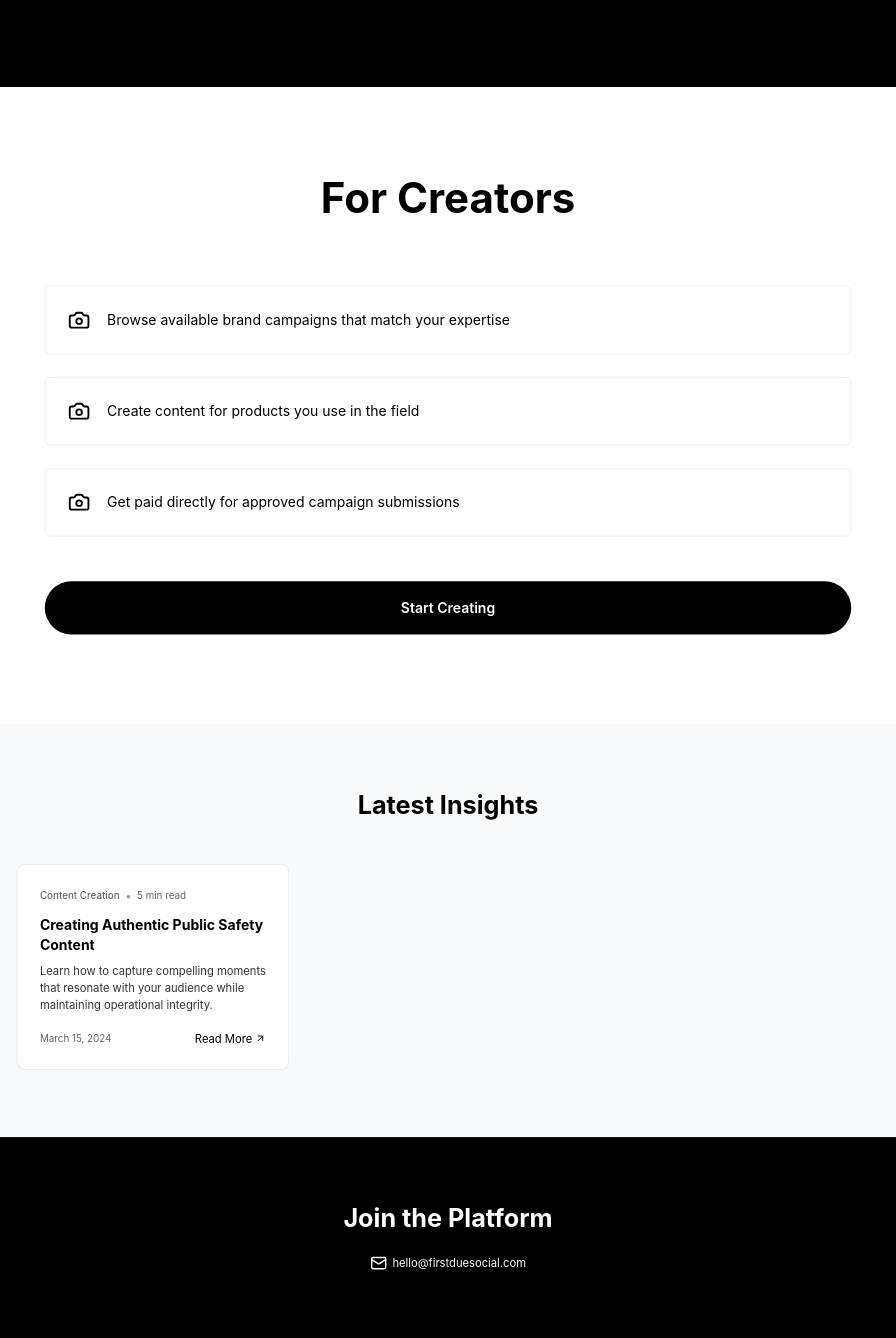
Repository: justmatt20/first-due-social
Page: /
These files come from the project's save history. The page is drawn as it stood at one moment and after the next save; the edit follows.
The browser window is 1280 px wide. The pictures show the part of the page from y = 2349 to 4269 px (the page is 4261 px tall before and 4269 px after), at 70% of full size.
The project was rebuilt for these pictures with package versions that can differ from the ones it lists, and the page was loaded fresh each time. Also part of the build but not shown: src/pages/Blog.jsx.

Above is the page before, as saved 2025-01-20 11:10:02.

### src/index.css
@tailwind base;
@tailwind components;
@tailwind utilities;

/* Add any custom CSS below */
body {
  margin: 0;
  font-family: -apple-system, BlinkMacSystemFont, "Segoe UI", "Roboto", "Oxygen",
    "Ubuntu", "Cantarell", "Fira Sans", "Droid Sans", "Helvetica Neue",
    sans-serif;
  -webkit-font-smoothing: antialiased;
  -moz-osx-font-smoothing: grayscale;
}

### src/App.jsx
import React from "react";
import { BrowserRouter, Routes, Route } from "react-router-dom";
import { Home } from "./pages/Home";
import { Blog } from "./pages/Blog";

export const App = () => {
  return (
    <BrowserRouter>
      <Routes>
        <Route path="/" element={<Home />} />
        <Route path="/blog" element={<Blog />} />
      </Routes>
    </BrowserRouter>
  );
};

export default App;

### src/pages/Home.jsx
import React, { useState, useEffect } from "react";
import { Navigation } from "../components/layout/Navigation";
import { HeroSection } from "../components/home/HeroSection";
import { ServicesSection } from "../components/home/ServicesSection";
import { BrandsSection } from "../components/home/BrandsSection";
import { CreatorsSection } from "../components/home/CreatorsSection";
import { BlogList } from "../components/blog/BlogList";
import { ContactSection } from "../components/common/ContactSection";

export const Home = () => {
  const [scrollPosition, setScrollPosition] = useState(0);

  useEffect(() => {
    const handleScroll = () => {
      setScrollPosition(window.pageYOffset);
    };
    window.addEventListener("scroll", handleScroll, { passive: true });
    return () => {
      window.removeEventListener("scroll", handleScroll);
    };
  }, []);

  return (
    <div className="min-h-screen">
      <Navigation />
      <HeroSection scrollPosition={scrollPosition} />
      <ServicesSection />
      <BrandsSection />
      <CreatorsSection />
      <section id="blog" className="py-24 bg-gray-50">
        <div className="container mx-auto px-6">
          <h2 className="text-4xl font-bold text-center mb-16 text-black">
            Latest Insights
          </h2>
          <BlogList />
        </div>
      </section>
      <ContactSection />
    </div>
  );
};

### src/components/layout/Navigation.jsx
import React, { useState, useEffect } from "react";
import { Link } from "react-router-dom";

export const Navigation = () => {
  const [scrollPosition, setScrollPosition] = useState(0);

  useEffect(() => {
    const handleScroll = () => {
      setScrollPosition(window.pageYOffset);
    };
    window.addEventListener("scroll", handleScroll, { passive: true });
    return () => {
      window.removeEventListener("scroll", handleScroll);
    };
  }, []);

  const scrollToTop = () => {
    window.scrollTo({ top: 0, behavior: "smooth" });
  };

  return (
    <nav
      className="fixed top-0 left-0 right-0 z-50 transition-colors duration-300"
      style={{
        backgroundColor: scrollPosition > 50 ? "#ffffff" : "transparent",
      }}
    >
      <div className="container mx-auto px-6 py-6 flex justify-between items-center">
        <Link
          to="/"
          onClick={scrollToTop}
          className="text-black font-bold text-2xl cursor-pointer hover:opacity-80 transition-opacity"
        >
          FDS
        </Link>
        <div className="flex items-center gap-4">
          <Link to="/blog" className="text-black hover:opacity-80">
            Blog
          </Link>
          <a href="#brands" className="text-black hover:opacity-80">
            For Brands
          </a>
          <a
            href="#creators"
            className="bg-black text-white px-6 py-2 rounded-full hover:opacity-90"
          >
            Start Creating
          </a>
        </div>
      </div>
    </nav>
  );
};

### src/components/home/HeroSection.jsx
import React from "react";

export const HeroSection = ({ scrollPosition }) => {
  return (
    <div className="relative min-h-screen flex items-center bg-white w-full">
      <div
        className="absolute inset-0 z-0"
        style={{
          transform: `translateY(${scrollPosition * 0.5}px)`,
          opacity: 1 - scrollPosition * 0.001,
        }}
      />
      <div className="relative z-10 w-full">
        <div className="max-w-[90%] xl:max-w-[1400px] mx-auto px-4 sm:px-6 lg:px-8 pt-20 pb-32 text-center">
          <h1
            className="text-6xl sm:text-7xl lg:text-[120px] xl:text-[150px] font-black mb-6 text-black tracking-tight leading-none"
            style={{ transform: `translateY(${scrollPosition * 0.2}px)` }}
          >
            FIRST DUE SOCIAL
          </h1>
          <p
            className="text-xl sm:text-2xl lg:text-3xl mb-12 text-black/80 max-w-4xl mx-auto"
            style={{ transform: `translateY(${scrollPosition * 0.3}px)` }}
          >
            ( Create Content for Leading Public Safety Brands )
          </p>
          <a
            href="#contact"
            className="inline-block px-12 py-6 text-xl rounded-full font-semibold text-white bg-black hover:opacity-90 transition-all duration-200"
          >
            START CREATING
          </a>
        </div>
      </div>
    </div>
  );
};

### src/components/home/ServicesSection.jsx
// src/components/home/ServicesSection.jsx
import React from "react";
import { ImagePlus, Users, Target } from "lucide-react";

export const ServicesSection = () => {
  const services = [
    {
      icon: <ImagePlus className="w-12 h-12 lg:w-16 lg:h-16" />,
      title: "Find Opportunities",
      description:
        "Browse available brand campaigns and choose projects that match your expertise and the gear you use.",
    },
    {
      icon: <Users className="w-12 h-12 lg:w-16 lg:h-16" />,
      title: "Create Content",
      description:
        "Produce authentic photos and videos for brand campaigns, showcasing real-world product usage.",
    },
    {
      icon: <Target className="w-12 h-12 lg:w-16 lg:h-16" />,
      title: "Get Paid",
      description:
        "Receive direct payment when your content is approved for brand campaigns.",
    },
  ];

  return (
    <section className="py-24 lg:py-32 bg-white border-t border-black/10">
      <div className="max-w-[90%] xl:max-w-[1400px] mx-auto px-4 sm:px-6 lg:px-8">
        <h2 className="text-4xl lg:text-6xl font-bold text-center mb-16 lg:mb-24 text-black">
          How It Works
        </h2>
        <div className="grid md:grid-cols-3 gap-8 lg:gap-16">
          {services.map((service, index) => (
            <div
              key={index}
              className="bg-white rounded-xl p-8 lg:p-12 transition-all duration-200 hover:-translate-y-1 hover:shadow-lg border border-black/10"
            >
              <div className="mb-8 text-black">{service.icon}</div>
              <h3 className="text-2xl lg:text-3xl font-bold mb-6 text-black">
                {service.title}
              </h3>
              <p className="text-lg lg:text-xl text-black/80">
                {service.description}
              </p>
            </div>
          ))}
        </div>
      </div>
    </section>
  );
};

### src/components/home/BrandsSection.jsx
import React from "react";
import { ArrowRight } from "lucide-react";

export const BrandsSection = () => {
  const benefits = [
    "Launch content creation campaigns for your products",
    "Get authentic content from verified public safety professionals",
    "Quick turnaround on campaign-specific content needs",
  ];

  return (
    <section id="brands" className="py-24 lg:py-32 bg-black text-white">
      <div className="max-w-[90%] xl:max-w-[1400px] mx-auto px-4 sm:px-6 lg:px-8">
        <h2 className="text-4xl lg:text-6xl font-bold text-center mb-16 lg:mb-24">
          For Brands
        </h2>
        <div className="max-w-4xl mx-auto lg:max-w-6xl">
          <div className="space-y-6 lg:space-y-8 mb-10 lg:mb-16">
            {benefits.map((item, index) => (
              <div
                key={index}
                className="flex items-center gap-4 lg:gap-6 p-4 lg:p-8 bg-black rounded-lg transition-all duration-200 border border-white/10 lg:text-xl"
              >
                <ArrowRight className="w-6 h-6 lg:w-8 lg:h-8 text-white flex-shrink-0" />
                <span className="flex-1">{item}</span>
              </div>
            ))}
          </div>
          <a
            href="#contact"
            className="block w-full py-4 lg:py-6 rounded-full font-semibold text-black text-center bg-white hover:opacity-90 transition-all duration-200 text-lg lg:text-xl"
          >
            Launch a Campaign
          </a>
        </div>
      </div>
    </section>
  );
};

### src/components/home/CreatorsSection.jsx
// src/components/home/CreatorsSection.jsx
import React from "react";
import { Camera } from "lucide-react";

export const CreatorsSection = () => {
  const benefits = [
    "Browse available brand campaigns that match your expertise",
    "Create content for products you use in the field",
    "Get paid directly for approved campaign submissions",
  ];

  return (
    <section id="creators" className="py-24 lg:py-32 bg-white">
      <div className="max-w-[90%] xl:max-w-[1400px] mx-auto px-4 sm:px-6 lg:px-8">
        <h2 className="text-4xl lg:text-6xl font-bold text-center mb-16 lg:mb-24 text-black">
          For Creators
        </h2>
        <div className="max-w-4xl mx-auto lg:max-w-6xl">
          <div className="space-y-6 lg:space-y-8 mb-10 lg:mb-16">
            {benefits.map((item, index) => (
              <div
                key={index}
                className="flex items-center gap-4 lg:gap-6 p-4 lg:p-8 rounded-lg transition-all duration-200 hover:shadow-md border border-black/10 lg:text-xl"
              >
                <Camera className="w-6 h-6 lg:w-8 lg:h-8 text-black flex-shrink-0" />
                <span className="flex-1 text-black">{item}</span>
              </div>
            ))}
          </div>
          <a
            href="#contact"
            className="block w-full py-4 lg:py-6 rounded-full font-semibold text-white text-center bg-black hover:opacity-90 transition-all duration-200 text-lg lg:text-xl"
          >
            Start Creating
          </a>
        </div>
      </div>
    </section>
  );
};

### src/components/blog/BlogList.jsx
import React from "react";
import { BlogCard } from "./BlogCard";
import { blogPosts } from "../../data/blogPosts";

export const BlogList = () => {
  return (
    <div className="grid md:grid-cols-3 gap-8">
      {blogPosts.map((post) => (
        <BlogCard key={post.id} post={post} />
      ))}
    </div>
  );
};

### src/components/common/ContactSection.jsx
import React from "react";
import { Mail } from "lucide-react";

export const ContactSection = () => {
  return (
    <section id="contact" className="py-24 bg-black">
      <div className="container mx-auto px-6 text-center">
        <h2 className="text-4xl font-bold text-white mb-8">
          Join the Platform
        </h2>
        <div className="flex justify-center items-center gap-2">
          <Mail className="text-white" />
          <a
            href="mailto:hello@firstduesocial.com"
            className="text-white hover:opacity-80 transition-colors duration-200"
          >
            hello@firstduesocial.com
          </a>
        </div>
      </div>
    </section>
  );
};

### src/components/blog/BlogCard.jsx
import React from "react";
import { ArrowUpRight } from "lucide-react";
import { Link } from "react-router-dom";

export const BlogCard = ({ post }) => {
  return (
    <div className="bg-white rounded-xl p-8 transition-all duration-200 hover:-translate-y-1 hover:shadow-lg border border-black/10">
      <div className="flex items-center gap-2 mb-4">
        <span className="text-sm font-medium text-black/60">
          {post.category}
        </span>
        <span className="text-black/40">•</span>
        <span className="text-sm text-black/60">{post.readTime}</span>
      </div>
      <h3 className="text-xl font-bold mb-3 text-black">{post.title}</h3>
      <p className="text-black/80 mb-6">{post.excerpt}</p>
      <div className="flex items-center justify-between">
        <span className="text-sm text-black/60">{post.date}</span>
        <Link
          to={`/blog/${post.id}`}
          className="flex items-center gap-1 text-black hover:opacity-80"
        >
          Read More
          <ArrowUpRight size={16} />
        </Link>
      </div>
    </div>
  );
};

### src/data/blogPosts.js
export const blogPosts = [
  {
    id: 1,
    title: "Creating Authentic Public Safety Content",
    excerpt:
      "Learn how to capture compelling moments that resonate with your audience while maintaining operational integrity.",
    content: "Full blog post content here...",
    date: "March 15, 2024",
    readTime: "5 min read",
    category: "Content Creation",
  },
  // ... other blog posts
];

### tailwind.config.js
/** @type {import('tailwindcss').Config} */
module.exports = {
  content: ["./src/**/*.{js,jsx,ts,tsx}"],
  theme: {
    extend: {
      container: {
        center: true,
        padding: "1rem",
        screens: {
          sm: "640px",
          md: "768px",
          lg: "1024px",
          xl: "1280px",
          "2xl": "1536px",
        },
      },
      fontSize: {
        "8xl": [
          "6rem",
          {
            // Adjusted for better mobile scaling
            lineHeight: "1",
            letterSpacing: "-0.02em",
          },
        ],
      },
    },
  },
  plugins: [],
};

Loaded but not shown: public/index.html (common file); src/index.js (common file)

After the next save:
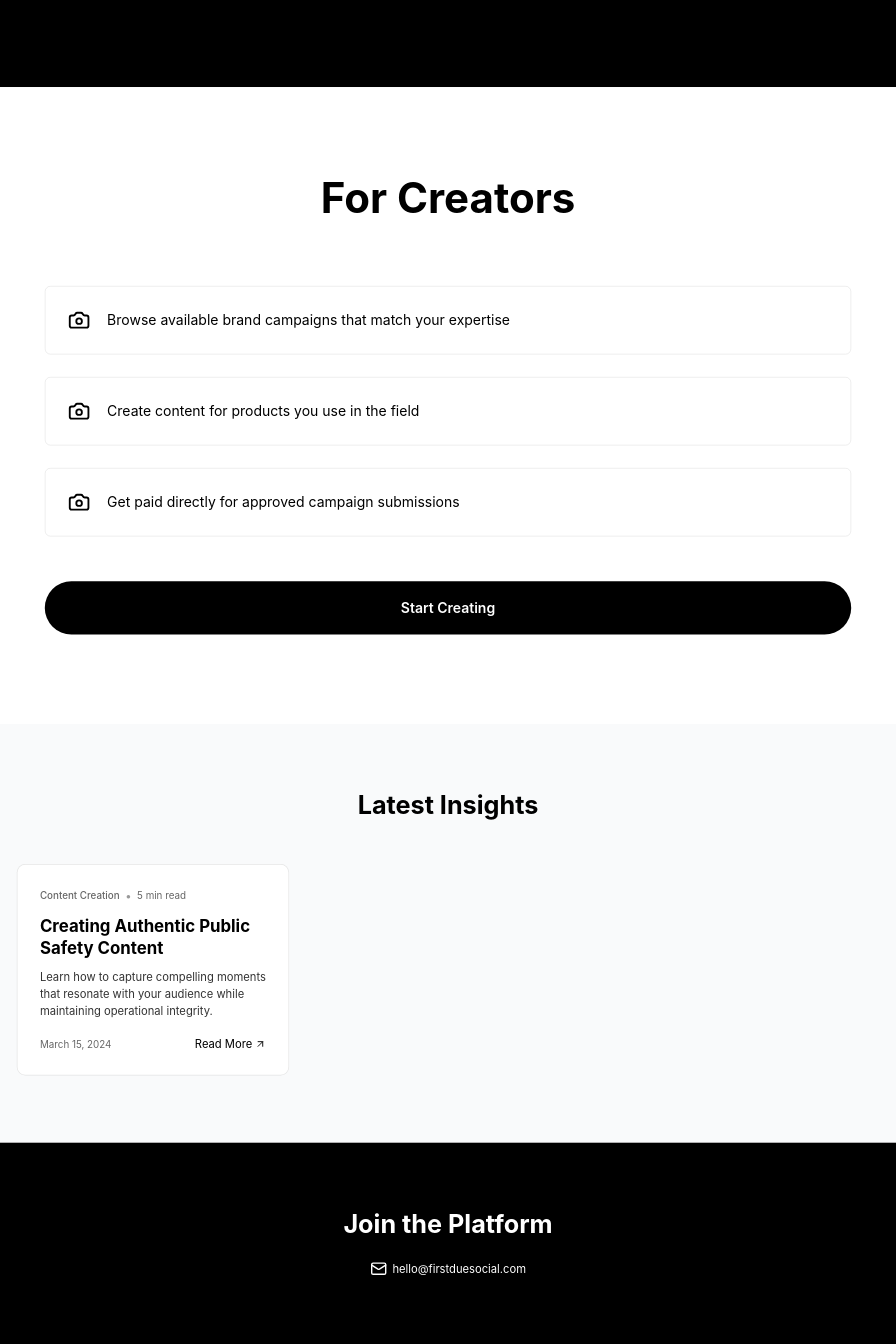
Saved 2 min 31 s later.
--- a/src/components/blog/BlogCard.jsx
+++ b/src/components/blog/BlogCard.jsx
@@ -1,3 +1,4 @@
+// src/components/blog/BlogCard.jsx
 import React from "react";
 import { ArrowUpRight } from "lucide-react";
 import { Link } from "react-router-dom";
@@ -12,13 +13,17 @@ export const BlogCard = ({ post }) => {
         <span className="text-black/40">•</span>
         <span className="text-sm text-black/60">{post.readTime}</span>
       </div>
-      <h3 className="text-xl font-bold mb-3 text-black">{post.title}</h3>
+      <Link to={`/blog/${post.id}`}>
+        <h3 className="text-xl lg:text-2xl font-bold mb-3 text-black hover:text-black/80 transition-colors">
+          {post.title}
+        </h3>
+      </Link>
       <p className="text-black/80 mb-6">{post.excerpt}</p>
       <div className="flex items-center justify-between">
         <span className="text-sm text-black/60">{post.date}</span>
         <Link
           to={`/blog/${post.id}`}
-          className="flex items-center gap-1 text-black hover:opacity-80"
+          className="flex items-center gap-1 text-black hover:text-black/80 transition-colors"
         >
           Read More
           <ArrowUpRight size={16} />
